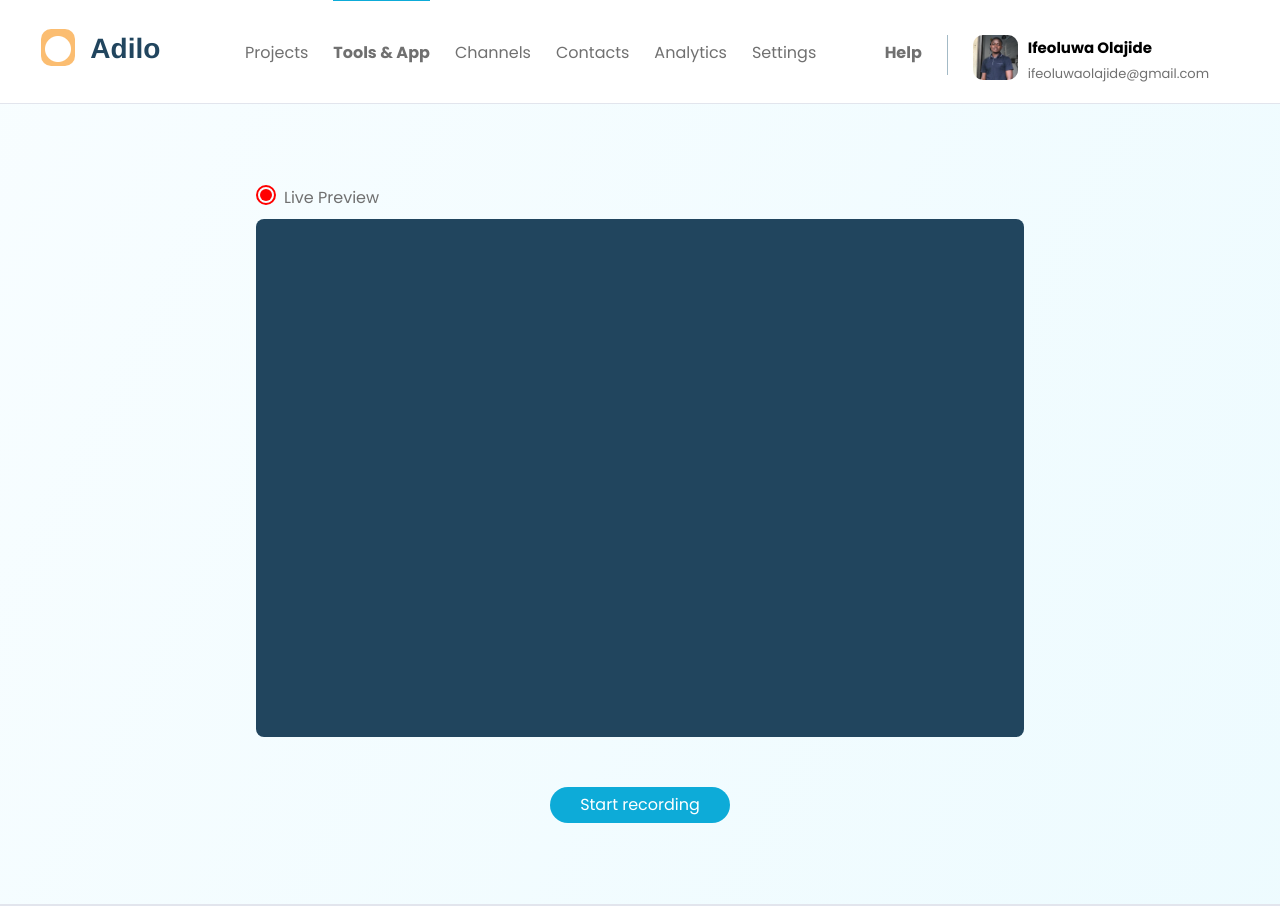
Repository: olhighjay/video_recorder
Page: /
These files come from the project's save history. The page is drawn as it stood at one moment and after the next save; the edit follows.
The browser window is 1280 px wide. The pictures show the whole page.
The page's requests for data from a server got no answer. Some web libraries are served in a nearby version. The project was rebuilt for these pictures with package versions that can differ from the ones it lists, and the page was loaded fresh each time. No one was signed in, and anything a server would have sent is missing. Also part of the build but not shown: vue.config.js, src/components/DataTable.vue, src/components/EmptyRecorded.vue.

Above is the page before, as saved 2022-07-29 15:05:45.

After the next save:
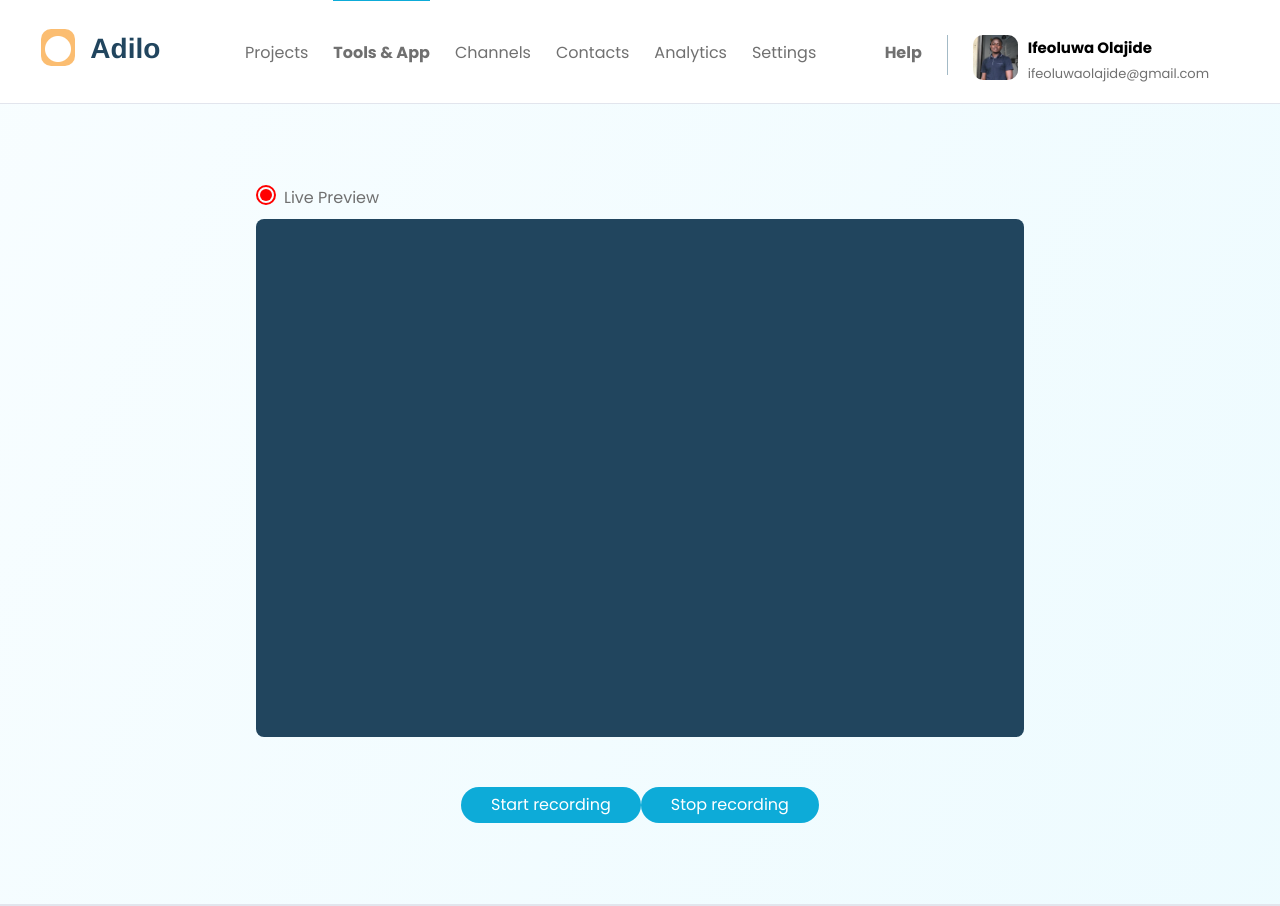
Saved 10 min 8 s later.
--- a/src/App.vue
+++ b/src/App.vue
@@ -118,6 +118,7 @@ Launch demo modal
         </div>
         <div class="text-center start-recording-wrapper">
           <button @click="recordCamVideo" class="start-recording">Start recording</button>
+          <button @click="stopAndSaveRecordingCamVideo(mediaVideoRec)" class="start-recording">Stop recording</button>
         </div>
       </div>
     </div>
@@ -141,7 +142,8 @@ export default {
     return {
       recorded: false,
       myPermissionAccepted: false,
-      myStream: null
+      myStream: null,
+      mediaVideoRec: null
     }
   },
   methods: {
@@ -208,19 +210,37 @@ export default {
       this.recordCamVideo()
     },
     recordCamVideo() {
-      let vidSave = document.getElementById('my-recorded-video');
+      // let vidSave = document.getElementById('my-recorded-video');
       console.log(this.recorded);
-      console.log(vidSave);
+      // console.log(vidSave);
       //     // Initiate video recording
           let mediaRecorder = new MediaRecorder(this.myStream);
-          let chunks = [];
+          // let chunks = [];
+          this.mediaVideoRec = mediaRecorder;
           mediaRecorder.start();
           setTimeout(() => {
-            mediaRecorder.stop();
-            mediaRecorder.ondataavailable = function(ev) {
+          //   mediaRecorder.stop();
+          //   mediaRecorder.ondataavailable = function(ev) {
+          //     chunks.push(ev.data);
+          //   };
+          //   mediaRecorder.onstop = (ev)=>{
+          //       ev
+          //       let blob = new Blob(chunks, { 'type' : 'video/mp4;' });
+          //       chunks = [];
+          //       let videoURL = window.URL.createObjectURL(blob);
+          //       vidSave.src = videoURL;
+          //   }
+          // this.recorded = true;
+          }, 8000);
+    },
+    stopAndSaveRecordingCamVideo(vidRecorder) {
+      let vidSave = document.getElementById('my-recorded-video');
+      let chunks = [];
+      vidRecorder.stop();
+            vidRecorder.ondataavailable = function(ev) {
               chunks.push(ev.data);
             };
-            mediaRecorder.onstop = (ev)=>{
+            vidRecorder.onstop = (ev)=>{
                 ev
                 let blob = new Blob(chunks, { 'type' : 'video/mp4;' });
                 chunks = [];
@@ -228,7 +248,6 @@ export default {
                 vidSave.src = videoURL;
             }
           this.recorded = true;
-          }, 8000);
     }
   },
   created() {
